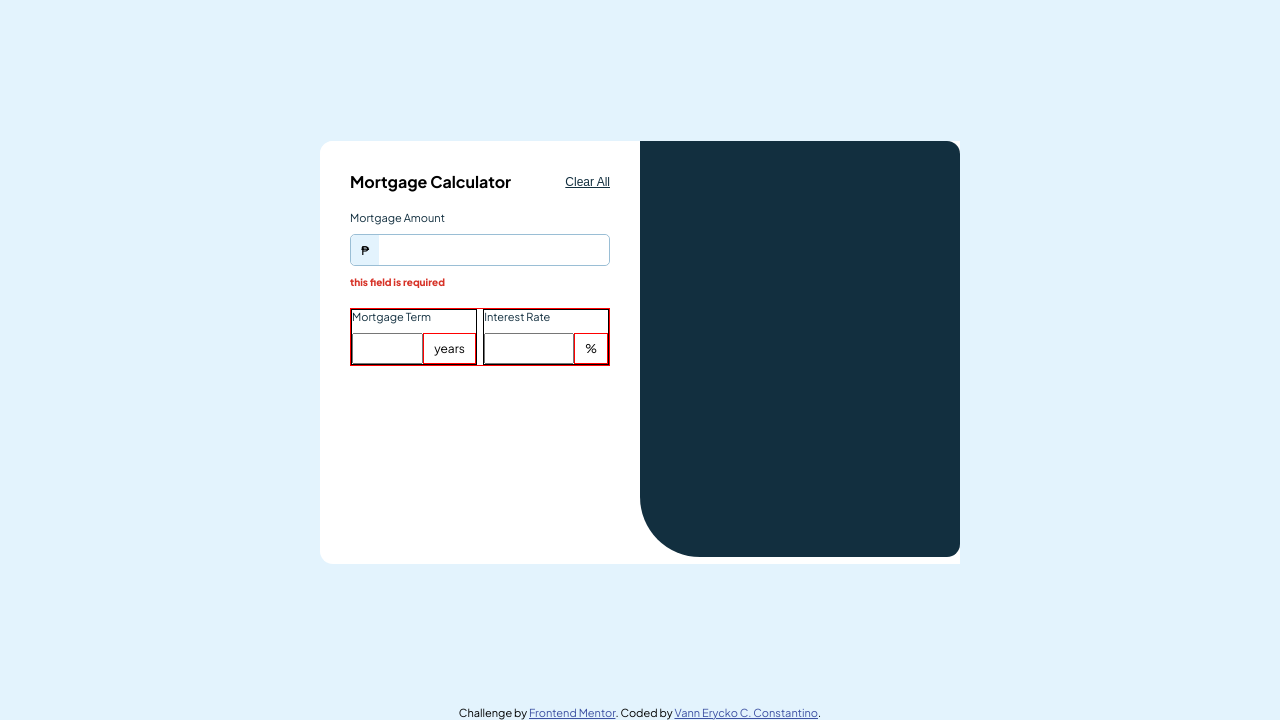
Repository: kocokoy/mortgage-repayment-calculator
Page: index.html
These files come from the project's save history. The page is drawn as it stood at one moment and after the next save; the edit follows.
The browser window is 1280 px wide. The pictures show the whole page.

Above is the page before, as saved 2024-10-29 13:47:20.

### index.html
<!DOCTYPE html>
<html lang="en">
<head>
  <meta charset="UTF-8">
  <meta name="viewport" content="width=device-width, initial-scale=1.0"> <!-- displays site properly based on user's device -->

  <link rel="icon" type="image/png" sizes="32x32" href="./assets/images/favicon-32x32.png">
  <link rel="stylesheet" href="/styles/style.css">
  <link rel="preconnect" href="https://fonts.googleapis.com">
<link rel="preconnect" href="https://fonts.gstatic.com" crossorigin>
<link href="https://fonts.googleapis.com/css2?family=Karla:ital,wght@0,200..800;1,200..800&family=Plus+Jakarta+Sans:ital,wght@0,200..800;1,200..800&family=Red+Hat+Text:ital,wght@0,300..700;1,300..700&display=swap" rel="stylesheet">

  <title>Frontend Mentor | Mortgage repayment calculator</title>
</head>
<body>
  <div class="container">
    <div class="container-card">
      <div class="mortgage-calculator-side">
        <div class="mortgage-calculator-header">
          <p>Mortgage Calculator</p>
          <button>Clear All</button>
        </div>
        <div class="mortgage-calculator-amount">
          <p>Mortgage Amount</p>
          <div class="mortgage-calculator-amount-input">
            <div>&#8369;</div>
            <input type="text">
          </div>
          <div class="field-require-text">
            this field is required
          </div>
        </div>
        <div class="mortgage-calculator-term-and-interest">
          <div class="mortgage-calculator-term-section">
            <p>Mortgage Term</p>
            <div class="mortgage-calculator-term-section-mortgage">
              <input type="text" name="" id="">
              <div>years</div>
            </div>
          </div>
          <div class="mortgage-calculator-term-section">
            <p>Interest Rate</p>
            <div class="mortgage-calculator-term-section-mortgage">
              <input type="text" name="" id="">
              <div>%</div>
            </div>
          </div>
        </div>
        <div></div>
        <div></div>
      </div>
      <div class="result-side"></div>
    </div>
  </div>


  <div class="attribution">
    Challenge by <a href="https://www.frontendmentor.io?ref=challenge">Frontend Mentor</a>.
    Coded by <a href="#">Vann Erycko C. Constantino</a>.
  </div>
</body>
</html>

### styles/style.css
:root{
/* Primary */

--lime: hsl(61, 70%, 52%);
--red: hsl(4, 69%, 50%);

/* Neutral */

--white: hsl(0, 0%, 100%);
--slate100: hsl(202, 86%, 94%);
--slate300: hsl(203, 41%, 72%);
--slate500: hsl(200, 26%, 54%);
--slate700: hsl(200, 24%, 40%);
--slate900: hsl(202, 55%, 16%);
}

.attribution {
  font-size: 11px; text-align: center;
 }
.attribution a {
  color: hsl(228, 45%, 44%);
 }

body{
  margin: 0;
  padding: 0;
  font-family: Plus Jakarta Sans;
  background-color: var(--slate100);
}
.container{
  height: 98vh;
  display: flex;
  flex-direction: column;
  justify-content: center;
  align-items: center;
}
.container-card{
  display: flex;
  flex-direction: row;
  height: 60%;
  width: 50%;
  background-color: var(--white);
  border-bottom-left-radius: 13px;
  border-top-left-radius: 13px;
}

.field-require-text{
  margin-top: 10px;
  color: var(--red);
  font-size: 10px;
  font-weight: 900;
  margin-bottom: 20px;
}
.mortgage-calculator-side{
height: 84%;
width: 50%;
background-color: var(--white);
border-bottom-left-radius: 13px;
border-top-left-radius: 13px;
padding: 30px;

}
.result-side{
  height: 84%;
  width: 50%;
  padding: 30px;
  overflow: hidden;
  background-color: var(--slate900);
  border-bottom-left-radius: 60px;
  border-bottom-right-radius: 13px;
  border-top-right-radius: 13px;
}

/*Mortgage Calculator Header */
.mortgage-calculator-header{
  display: flex;
  flex-direction: row;
  align-items: center;
  justify-content: space-between;
}
.mortgage-calculator-header p{
 margin: 0;
 font-weight: 700;
}
.mortgage-calculator-header button{
 margin: 0;
 font-weight: 500;
 font-size: 12px;
 color: var(--slate900);
 background-color: var(--white);
 text-decoration: underline;
 cursor: pointer;
 border: none;
 padding: 0;
}

/*Mortgage Calculator Amount  */
.mortgage-calculator-amount{
  padding-top: 19px ;
  display: flex;
  flex-direction: column;
}
.mortgage-calculator-amount p{
  margin: 0;
  font-size: 11px;
  color: var(--slate900);
  padding-bottom: 10px;
}

.mortgage-calculator-amount-input{
  display: flex;
  flex-direction: row;
  height: 30px;
  border: 1px solid var(--slate300);
  border-radius: 5px;
}
.mortgage-calculator-amount-input div{
  background-color: var(--slate100);
  height: 100%;
  width: 35px;
  display: flex;
  justify-content: center;
  align-items: center;
  font-size: 12px;
  font-weight: 500;
  border: none;
  border-top-left-radius: 5px;
  border-bottom-left-radius: 5px;
}
.mortgage-calculator-amount-input input{
  width: 100%;
  border: none;
  border-top-right-radius: 5px;
  border-bottom-right-radius: 5px;
  padding: 0 10px;
}

.mortgage-calculator-amount-input input:focus{
  outline: none;
}

/* Mortgage Calculator Mortgage Term and Interest Rate */

.mortgage-calculator-term-and-interest{
  border: 1px solid red;
  display: flex;
  flex-direction: row;
  width: 100;
  justify-content: space-between;
}
.mortgage-calculator-term-section{
  border: 1px solid black;
  width: 48%;
}
.mortgage-calculator-term-section p{
  margin: 0;
  font-size: 11px;
  color: var(--slate900);
  padding-bottom: 10px;
}

.mortgage-calculator-term-section-mortgage{
  display: flex;
  flex-direction: row;

}

.mortgage-calculator-term-section-mortgage input{
  width: 90%;
  padding: 5px;
}
.mortgage-calculator-term-section-mortgage div{
  width: auto;
  border: 1px solid red;
  font-size: 12px;
  display: flex;
  justify-content: center;
  align-items: center;
  padding: 7px 10px;
}

After the next save:
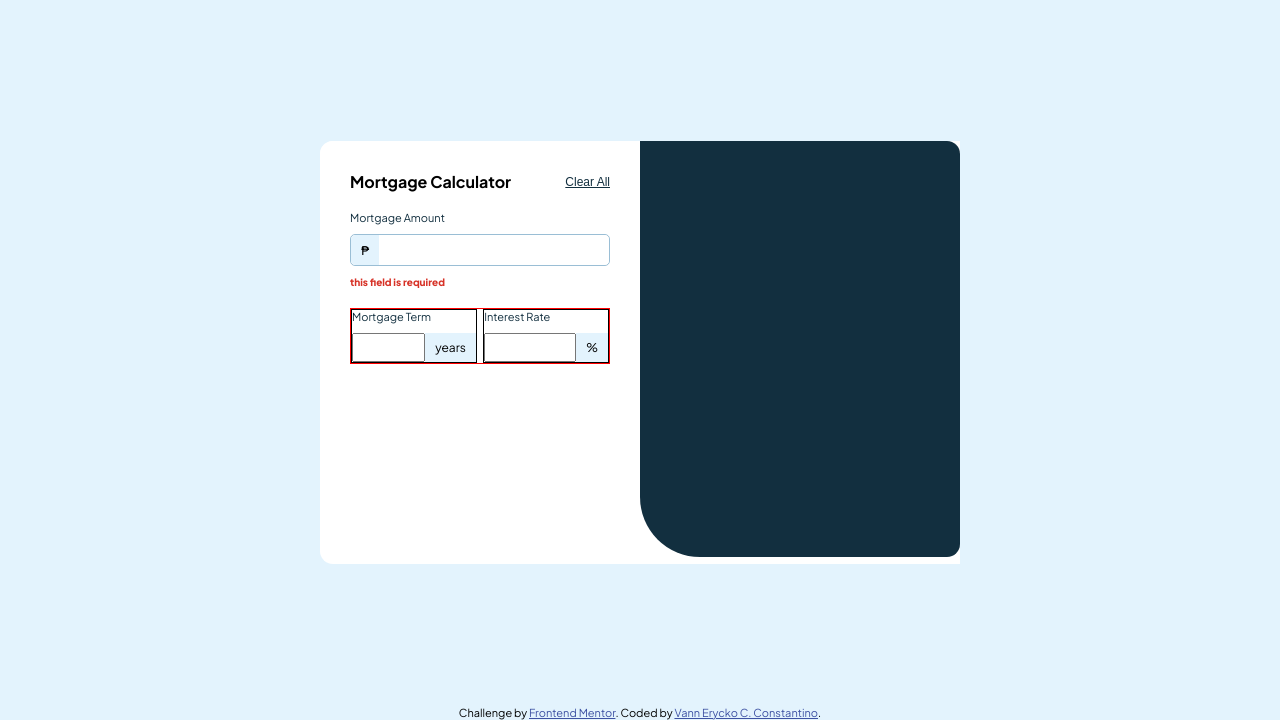
Saved 4 min 9 s later.
--- a/styles/style.css
+++ b/styles/style.css
@@ -171,7 +171,7 @@ padding: 30px;
 }
 .mortgage-calculator-term-section-mortgage div{
   width: auto;
-  border: 1px solid red;
+  background-color: var(--slate100);
   font-size: 12px;
   display: flex;
   justify-content: center;
